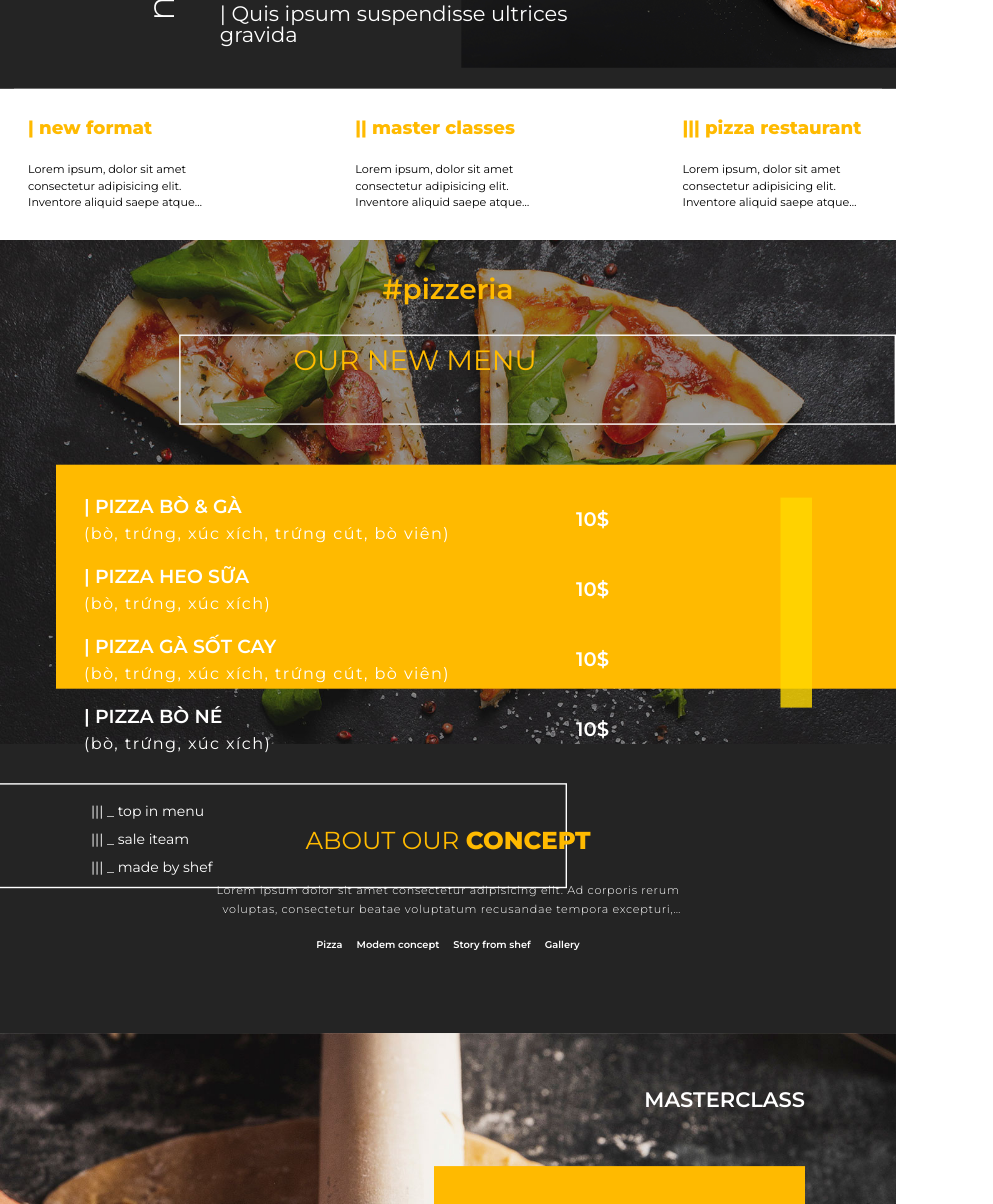
Repository: phu1204/pizzeria.github.io
Page: index.html
The author's editor kept a copy of each file at every save. The page is drawn from the files as they stood at one save, then again after the next save.
The browser window is 1280 px wide. The page is 1419 px wide, so the pictures cover 1419 px, including what lies to the right of the window. The pictures show the part of the page from y = 1097 to 2817 px (the page is 4798 px tall), at 70% of full size.
The style sheet was rebuilt from its Sass, Less or Tailwind sources for each picture, by a compiler version that may differ from the author's.

Above is the page before, as saved 2021-07-29 21:54:32.

### index.html
<!DOCTYPE html>
<html lang="en">
  <head>
    <meta charset="UTF-8" />
    <meta http-equiv="X-UA-Compatible" content="IE=edge" />
    <meta name="viewport" content="width=device-width, initial-scale=1.0" />
    <title>#pizzeria</title>
    <link rel = "icon" href =
    "images/pizza.png"
            type = "image/x-icon">
    <link rel="preconnect" href="https://fonts.googleapis.com">
    <link rel="preconnect" href="https://fonts.gstatic.com" crossorigin>
    <link href="https://fonts.googleapis.com/css2?family=Montserrat:wght@300;400;600;800&display=swap" rel="stylesheet">
    <link rel="stylesheet" href="https://cdnjs.cloudflare.com/ajax/libs/font-awesome/5.15.3/css/all.min.css">
    <link rel="stylesheet" href="reset.css">
    <link rel="stylesheet" href="style.css">

  </head>
  <body>
      <div class="wrapper">
        <div class="container">
          <header id="header" class="header">
             <a href="#" class="header-logo">#pizzeria.</a>
             <nav class="header-menu">
               <ul class="header-list">
                 <li class="header-item"><a href="#menu" class="header-link">Menu</a></li>
                 <li class="header-item"><a href="#blog" class="header-link">Blog</a></li>
                 <li class="header-item"><a href="#about" class="header-link">About us</a></li>
                 <li class="header-item"><a href="#contact" class="header-link">Contacts</a></li>

               </ul>
               <i class="fas fa-times header-times"></i>
             </nav>
             <div class="header-info">
                <button href="" class="header-icon icon-search"><i class="fas fa-search"></i></button>
                <a href="" class="header-icon"><i class="fas fa-user"></i></a>
                <a href="" class="header-icon"><i class="fas fa-shopping-cart"></i></a>
             </div>
             <div class="header-bar">
                <i class="fas fa-bars"></i>
             </div>

             <div class="header-search">
                <input type="text" class="header-input" placeholder="Search">
             </div>
          </header>

          <section class="intro">
            <div class="intro-content">
              <div class="intro-title">
                <span class="intro-name intro--grand">grand</span>
                <span class="intro-name intro--opening">opening</span>
              </div>
              <a href="" class="button intro-button">read more</a>
            </div>
          </section>
        </div>

          <section  class="format">

            <div class="format-top">
                <div class="format-content">
                    <div class="format-title">new format</div>
                    <div class="format-info">
                      <h2 class="format-new">What new?</h2>
                      <ul class="format-list">
                        <li class="format-item">| Sed do eiusmod tempor incididunt ut Labore et</li>
                        <li class="format-item">| Dolore magna aliqua</li>
                        <li class="format-item">| Quis ipsum suspendisse ultrices gravida</li>
                      </ul>
                    </div>
                </div>
                <img src="images/format.png" alt="" class="format-img">
            </div>

            <div class="format-bottom  reveal">
              <div class="format-column">
                <h3 class="format-head">| new format</h3>
                <p class="fotmat-desc text">Lorem ipsum, dolor sit amet consectetur adipisicing elit. Inventore aliquid saepe atque quaerat ipsam tempore, quae perferendis laudantium esse architecto quas sint quia beatae id alias, sed dicta reprehenderit asperiores.</p>
              </div>
              <div class="format-column">
                <h3 class="format-head">|| master classes</h3>
                <p class="fotmat-desc text">Lorem ipsum, dolor sit amet consectetur adipisicing elit. Inventore aliquid saepe atque quaerat ipsam tempore, quae perferendis laudantium esse architecto quas sint quia beatae id alias, sed dicta reprehenderit asperiores.</p>
              </div>
              <div class="format-column">
                <h3 class="format-head">||| pizza restaurant</h3>
                <p class="fotmat-desc text">Lorem ipsum, dolor sit amet consectetur adipisicing elit. Inventore aliquid saepe atque quaerat ipsam tempore, quae perferendis laudantium esse architecto quas sint quia beatae id alias, sed dicta reprehenderit asperiores.</p>
              </div>
            </div>

          </section>

          <section id="menu" class="menu">
            <div class="menu-heading">
              <h2 class="menu-title  reveal">#pizzeria</h2>
              <p class="menu-order  reveal">our new menu</p>
            </div>
            <div class="menu-list  reveal">
              <div class="menu-item">
                <div class="menu-name">
                    <h3 class="menu-name-order"> | pizza bò & gà</h3>
                    <p class="menu-desc">(bò, trứng, xúc xích, trứng cút, bò viên)</p>
                </div>
                <p class="menu-price">10$</p>
              </div>
              <div class="menu-item">
                <div class="menu-name">
                    <h3 class="menu-name-order">| pizza heo sữa</h3>
                    <p class="menu-desc">(bò, trứng, xúc xích)</p>
                </div>
                <p class="menu-price">10$</p>
              </div>
              <div class="menu-item">
                <div class="menu-name">
                    <h3 class="menu-name-order">| pizza gà sốt cay</h3>
                    <p class="menu-desc">(bò, trứng, xúc xích, trứng cút, bò viên)</p>
                </div>
                <p class="menu-price">10$</p>
              </div>
              <div class="menu-item">
               <div class="menu-name">
                    <h3 class="menu-name-order">| pizza bò né</h3>
                    <p class="menu-desc">(bò, trứng, xúc xích)</p>
                </div>
                <p class="menu-price">10$</p>
              </div>
           </div>
           <div class="menu-bottom reveal">
             <p class="menu-hightlight">||| _ top in menu</p>
             <p class="menu-hightlight">||| _ sale iteam</p>
             <p class="menu-hightlight">||| _ made by shef</p>
           </div>

          </section>

          <section id="about"  class="about">
              <div class="about-body">
                <h2 class="about-title reveal">about our <span>concept</span></h2>
                <p class="about-desc text reveal">Lorem ipsum dolor sit amet consectetur adipisicing elit. Ad corporis rerum voluptas, consectetur beatae voluptatum recusandae tempora excepturi, temporibus quo veritatis ratione atque accusantium ea delectus eos harum culpa enim!</p>
                <ul class="about-list reveal">
                  <li class="about-item"><a href="">Pizza</a></li>
                  <li class="about-item"><a href="">Modem concept</a></li>
                  <li class="about-item"><a href="">Story from shef</a></li>
                  <li class="about-item"><a href="">Gallery</a></li>
                </ul>
              </div>
          </section>

          <section id="blog" class="class">
            <div class="class-content">
              <div class="class-name">
                <h1 class="class-caption reveal">masterclass</h1>
              </div>
              <div class="class-body reveal">
                <h2 class="class-heading">| the recipe for the most delicious pizza dough |</h2>
                <p class="class-desc">waiting for you</p>
                <div class="class-price">
                  <p class="class-info">price_<span>15$</span></p>
                  <p class="class-info">12:00-15:00</p>
                </div>
              </div>
                <a href="" class="class-button reveal">apply</a>
            </div>
          </section>

          <section id="contact" class="gallery ">
            <h2 class="gallery-heading reveal">gallery</h2>
            <div class="gallery-img ">
              <img src="./images/pizzaleft.jpg" alt="" class="gallery-img-item reveal">
              <img src="./images/pizzacenter.jpg" alt="" class="gallery-img-item reveal">
              <img src="./images/pizzaright.jpg" alt="" class="gallery-img-item reveal">
            </div>

            <div class="gallery-bottom">
              <h2 class="gallery-title">#pizzeria.</h2>
              <div class="gallery-content">
                <div class="gallery-desc reveal">Lorem ipsum dolor sit amet consectetur, adipisicing. Dolores dolorum, quia consectetur iste officia eligendi! consectetur nemo, reiciendis repudiandae nesciunt dolor id numquam laborum temporibus fuga</div>

              <div class="gallery-contact">
                <div class="gallery-social reveal">
                  <p class="gallery-block">| find us here</p>
                  <div class="gallery-link">
                    <i class="fab fa-instagram"></i>

                    <i class="fab fa-facebook"></i>

                    <i class="fab fa-twitter"></i>

                    <i class="fab fa-whatsapp"></i>

                    <i class="fab fa-google"></i>
                  </div>

                </div>

                <div class="gallery-info reveal">
                  <p class="gallery-block">| ask us here</p>
                  <a href="" class="gallery-web">www.#pizzeria.com</a>

                </div>
              </div>
            </div>
          </div>
          </section>

          <a href="#" class="ontop" >
            <i class="fas fa-arrow-up"></i>
          </a>

          <footer id="footer" class="footer ">
            <div class="footer-about footer-repon reveal">
              <h3 class="footer-title">about</h3>
              <p class="footer-desc text">
                Lorem ipsum dolor, sit amet consectetur adipisicing elit. Amet magnam laudantium fuga sed aliquid doloremque quos repellendus quis. Est non laboriosam incidunt recusandae, sed natus dignissimos eaque pariatur culpa esse.
              </p>

            </div>

              <div class="footer-item footer-repon reveal">
                <h3 class="footer-title">menu</h3>

                <ul>
                  <li class="footer-link"><a href="" class="footer-item-link">Team</a></li>
                  <li class="footer-link"><a href="" class="footer-item-link">Join us</a></li>
                  <li class="footer-link"><a href="" class="footer-item-link">Ethic</a></li>
                  <li class="footer-link"><a href="" class="footer-item-link">Goals</a></li>
                </ul>
              </div>

              <div class="footer-item footer-repon reveal">
                <h3 class="footer-title">shef</h3>
                <ul>
                  <li class="footer-link"><a href="" class="footer-item-link">Team</a></li>
                  <li class="footer-link"><a href="" class="footer-item-link">Join us</a></li>
                  <li class="footer-link"><a href="" class="footer-item-link">Ethic</a></li>
                  <li class="footer-link"><a href="" class="footer-item-link">Goals</a></li>
                </ul>
              </div>

              <div class="footer-item footer-repon reveal">
                <h3 class="footer-title">contact</h3>
                <ul>
                  <li class="footer-link"><a href="" class="footer-item-link">Team</a></li>
                  <li class="footer-link"><a href="" class="footer-item-link">Join us</a></li>
                  <li class="footer-link"><a href="" class="footer-item-link">Ethic</a></li>
                  <li class="footer-link"><a href="" class="footer-item-link">Goals</a></li>
                </ul>
              </div>
        </footer>

      </div>
    <script type="text/javascript" src="https://cdnjs.cloudflare.com/ajax/libs/jquery/3.6.0/jquery.min.js"></script>
    <script src="js/main.js"></script>
    <script src="js/search.js"></script>

  </body>
</html>

### reset.css
html,
body,
div,
span,
applet,
object,
iframe,
h1,
h2,
h3,
h4,
h5,
h6,
p,
blockquote,
pre,
a,
abbr,
acronym,
address,
big,
cite,
code,
del,
dfn,
em,
img,
ins,
kbd,
q,
s,
samp,
small,
strike,
strong,
sub,
sup,
tt,
var,
b,
u,
i,
center,
dl,
dt,
dd,
ol,
ul,
li,
fieldset,
form,
label,
legend,
table,
caption,
tbody,
tfoot,
thead,
tr,
th,
td,
article,
aside,
canvas,
details,
embed,
figure,
figcaption,
footer,
header,
hgroup,
menu,
nav,
output,
ruby,
section,
summary,
time,
mark,
audio,
video {
  margin: 0;
  padding: 0;
  border: 0;
  font-size: 100%;
  font: inherit;
  vertical-align: baseline;
}
/* HTML5 display-role reset for older browsers */
article,
aside,
details,
figcaption,
figure,
footer,
header,
hgroup,
menu,
nav,
section {
  display: block;
}
body {
  line-height: 1;
}
ol,
ul {
  list-style: none;
}
blockquote,
q {
  quotes: none;
}
blockquote:before,
blockquote:after,
q:before,
q:after {
  content: "";
  content: none;
}
table {
  border-collapse: collapse;
  border-spacing: 0;
}
*,
*:before,
*:after {
  box-sizing: border-box;
}
/* using rem unit */
html {
  font-size: 62.5%;
}
a {
  text-decoration: none;
  color: white;
}
img {
  display: block;
  max-width: 100%;
}
body {
  font-family: "Montserrat", sans-serif;
  font-size: 16px;
  line-height: 1;
}
input,
button,
textarea,
select {
  outline: none;
  font-family: "Montserrat", sans-serif;
  font-size: 16px;
  line-height: 1;
}
input {
  line-height: normal;
}
button {
  cursor: pointer;
  border: none;
  outline: none;
  background-color: transparent;
}

### style.scss
@import"scss/global";
@import"scss/header";
@import"scss/variables";
@import"scss/intro";
@import"scss/format";
@import"scss/menu";
@import"scss/about";
@import"scss/class";
@import"scss/gallery";
@import"scss/footer";
@import"scss/animation";

### scss/_global.scss
.container{
  background: url(./images/hero-img.jpg) no-repeat center/cover;
  width: 100%;
  margin: 0 auto;
  height: 100vh;
  position: relative;
}

html{
  scroll-behavior: smooth;
  -webkit-overflow-scrolling: touch;
}

.wrapper{
  max-width: 100%;
  position: relative;

}

.button{
  padding: 20px 40px;
  border: 4px solid #fff;
  font-size: 30px;
  text-transform: uppercase;
  color: white;
  font-weight: 600;
}

.text{
  font-weight: 300;
  font-size: 16px;
  margin-top: 35px;
  line-height: 1.5;
  color: black;
  font-weight: 400;
  display:-webkit-box;
  -webkit-line-clamp:3;
  -webkit-box-orient: vertical;
  overflow: hidden;
  text-overflow: ellipsis;
  word-break: break-word;
}

@media screen and (max-width: 1279px) {
  .container {

      background-position: top;
      height: 960px;
  }
}

@media screen and (max-width: 1023px) {
  .container {
    background-position: top;
    height: 960px;
}
}

@media screen and (max-width: 767px) {
  .container {
    background-size: auto 800px;
    background-position: center;
    height: 800px;
    background-color: #242424;
}
}


.reveal{
  opacity: 0;
  transform: translateY(100%);
  transition: all 0.4s linear;
}

.reveal.active{
  opacity: 1;
  transform: translateY(0);
  transition: all 0.3s linear;
  // .gallery-title::before{
  //     display: none;
  // }
}

.ontop{
  position: fixed;
  right: 60px;
  z-index: 99;
  bottom: 80px;
  width: fit-content;
  background-color: #ffba00;
  border-radius: 100rem;
  cursor: pointer;
  i{
     padding: 18px;
     font-size: 15px;
     color: white;
  }
  display: none;
  animation: bottotop 0.4s linear;
}

@media screen and (max-width: 1023px) {
  .ontop{
    right: 30px;
  }
}

### scss/_variables.scss
$black-gray: #242424;

### scss/_menu.scss
.menu{
  background: url(./images/menu.jpg) no-repeat center/cover;
  width: 100%;
  height: 100vh;
  position: relative;
  display: flex;
  flex-direction: column;
  align-items: center;
  padding: 50px 0;
  color: white;
  &-heading{
      width: 100%;
      text-align: center;
  }
  &-title{
      font-size: 40px;
      color: #ffba00;
      margin-bottom: 45px;
      font-weight: 600;
  }

  &-order{
    font-size: 40px;
    color: #ffba00;
    width: 80%;
    text-align: center;
    padding: 15px 350px 70px 0;
    margin-left: auto;
    border: 2px solid white;
    text-transform: uppercase;
    margin-bottom: 12px;
  }

  &-list {
      width: 1200px;
      margin-left: auto;
      padding: 60px 50px 0 40px;
      margin-bottom: 50px;
      position: relative;
      z-index: 2;
      max-width: 100%;
  }

  &-list::before{
    content: "";
    position: absolute;
    width: 100%;
    height: 320px;
    background-color: #ffba00;
    z-index: -2;
    // transform: translate(-50%,-50%);
    top: 45px;
    left: 0;
    }

    &-list::after{
        content: "";
        position: absolute;
        width: 45px;
        height: 300px;
        background-color: rgba(255, 217, 0, 0.801);

        top: 20%;
        right: 10%;
        z-index: -1;
    }

  &-item{
      display: flex;
      align-items: center;
      justify-content: space-between;
      line-height: 1.5;
      width: 750px;
      max-width: 100%;
  }

  &-desc{
      font-size: 23px;
      letter-spacing: 2px;
  }

  &-name-order{
      text-transform: uppercase;
      font-size: 27px;
      font-weight: 600;
  }

  &-item{
        margin-top: 25px;
  }

  &-price{
      font-size: 28px;
      font-weight: 600;
  }

  &-bottom{
    width: 1100px;
    margin-left: auto;
    padding-top: 20px;

    margin-bottom: 70px;
    position: relative;
    right: 50px;
  }

  &-bottom::before{
    content: "";
    position: absolute;
    background-color: transparent;
    width: 1000px;
    height: 150px;
    border: 2px solid white;
    transform: translate(-32%,-20%);
  }

  &-hightlight{
      font-size: 20px;
  }

  &-hightlight:not(:first-child){
    margin-top: 20px;
}

  @media screen and (max-width: 1279px) {
    height: 80vh;
    &-bottom{
      padding-left: 50px;
      margin-right: auto;
      right: 0;
    }

    &-title{
      margin-bottom: 50px;
    }
    &-order{
      margin-bottom: 40px;
    }

    &-list{
      margin-bottom: 120px;
    }
  }

  @media screen and (max-width: 1023px) {
      height: 85vh;
      &-title{
        margin-bottom: 50px;
      }
      &-order{
        margin-bottom: 0;
        padding: 15px 195px 50px 0;
        font-size: 35px;
      }

      &-name-order{
        font-size: 22px;
      }
      &-list{
        margin-bottom: 70px;
        padding-top: 65px;
      }
      &-list::before{
        height: 280px;
      }
      &-item{
        width: 650px;
        margin-top: 20px;
      }
      &-desc{
        font-size: 18px;
      }
      &-bottom::before{
        width: 750px;
      }

  }

  @media screen and (max-width: 767px) {
    height: 100vh;
    &-heading{
      padding: 0 5px;
    }
    &-order{
      padding: 5px 5px;
      width: 100%;
      font-size: 30px;
    }
    &-desc{
      display: none;
    }
    &-list{
        padding: 50px 25px 0 10px;
        max-width: 100%;
    }
    &-list::after{
      height: 310px;
      top: 10%;
      right: 3%;
    }
    &-bottom{
      max-width: 100%;
    }
    &-bottom::before{
      max-width: 100%;
      transform: none;
      left: 0;
      top: 0;
    }
  }




}

### scss/_about.scss
.about{
    padding: 120px 20px;
    display: flex;
    flex-direction: column;
    justify-content: center;
    align-items: center;
    text-align: center;
    background-color: #242424;
    max-width: 100%;
    &-body{
        width: 700px;
    }
    &-title{
        margin-bottom: 40px;
        font-size: 35px;
        text-transform: uppercase;
        color: #ffba00;
        span{
            font-weight: 800;

        }
    }

    &-desc{
        margin-bottom: 30px;
        font-weight: 200;
        line-height: 1.7;
        display:-webkit-box;
        -webkit-line-clamp:2;
        -webkit-box-orient: vertical;
        overflow: hidden;
        text-overflow: ellipsis;
        word-break: break-word;
        color: white;
        letter-spacing: 1px;
    }

    &-list{
        display: flex;
        align-items: center;
        justify-content: center;
    }

    &-item{
        margin: 0 10px;
        font-size: 14px;
        font-weight: 600;
    }
    @media screen and (max-width: 767px) {
        padding: 100px 20px;
        &-body{
            max-width: 100%;
        }
        &-item{
            font-size: 10px;
        }

    }

}

### scss/_footer.scss
.footer {
  padding: 70px 100px;
  color: white;
  display: flex;
  align-items: center;
  justify-content: center;
  background-color: #483500;
  max-width: 100%;
  flex-wrap: wrap;

  &-about{
      width: 280px;
      margin-right: 180px;
  }

  &-item:not(:last-child){
      margin-right: 150px;
  }
  &-item{
      line-height: 1.5;
  }

  &-desc{
      color: white;
      line-height: 1.5;
  }

  &-title{
      margin-bottom: 35px;
      font-size: 17px;
      font-weight: 600;
      text-transform: uppercase;
  }
  @media screen and (max-width: 767px) {
      padding: 0 0 0 10px;
    //   gap: 10px;
    &-title {
        margin-bottom: 10px;
    }
    &-repon{
        flex: 1 1 50%;
        width: 100%;
        padding: 10px;
    }
    &-about{
        margin-right: 0;
    }
    &-item:not(:last-child){
        margin-right: 0;
    }
  }

}

### scss/_animation.scss
@keyframes lefttoright{
    from{
        opacity: 0;
        transform: translateX(-100%);
    }
    to{
        opacity: 1;
        transform: translateX(0);
     }
}

@keyframes righttoleft{
    from{
        opacity: 0;
        transform: translateX(100%);
    }
    to{
        opacity: 1;
        transform: translateX(0);
     }
}

@keyframes bottotop{
    from{
        opacity: 0;
        transform: translateY(100%);
    }
    to{
        opacity: 1;
        transform: translateX(0);
     }
}

@keyframes toptobot{
    from{
        opacity: 0;
        transform: translateY(-200%);
    }
    to{
        opacity: 1;
        transform: translateX(0);
     }
}

@keyframes fadeOut{
    from{
        opacity: 0;
        transform: scale(1);
    }
    to{
        opacity: 1;
        transform: scale(0);
     }
}

Loaded but not shown: js/main.js (59 lines, source omitted); js/search.js (6 lines, source omitted); scss/_header.scss (236 lines, source omitted); scss/_format.scss (210 lines, source omitted); scss/_gallery.scss (165 lines, source omitted); scss/_intro.scss (107 lines, source omitted); scss/_class.scss (102 lines, source omitted)

After the next save:
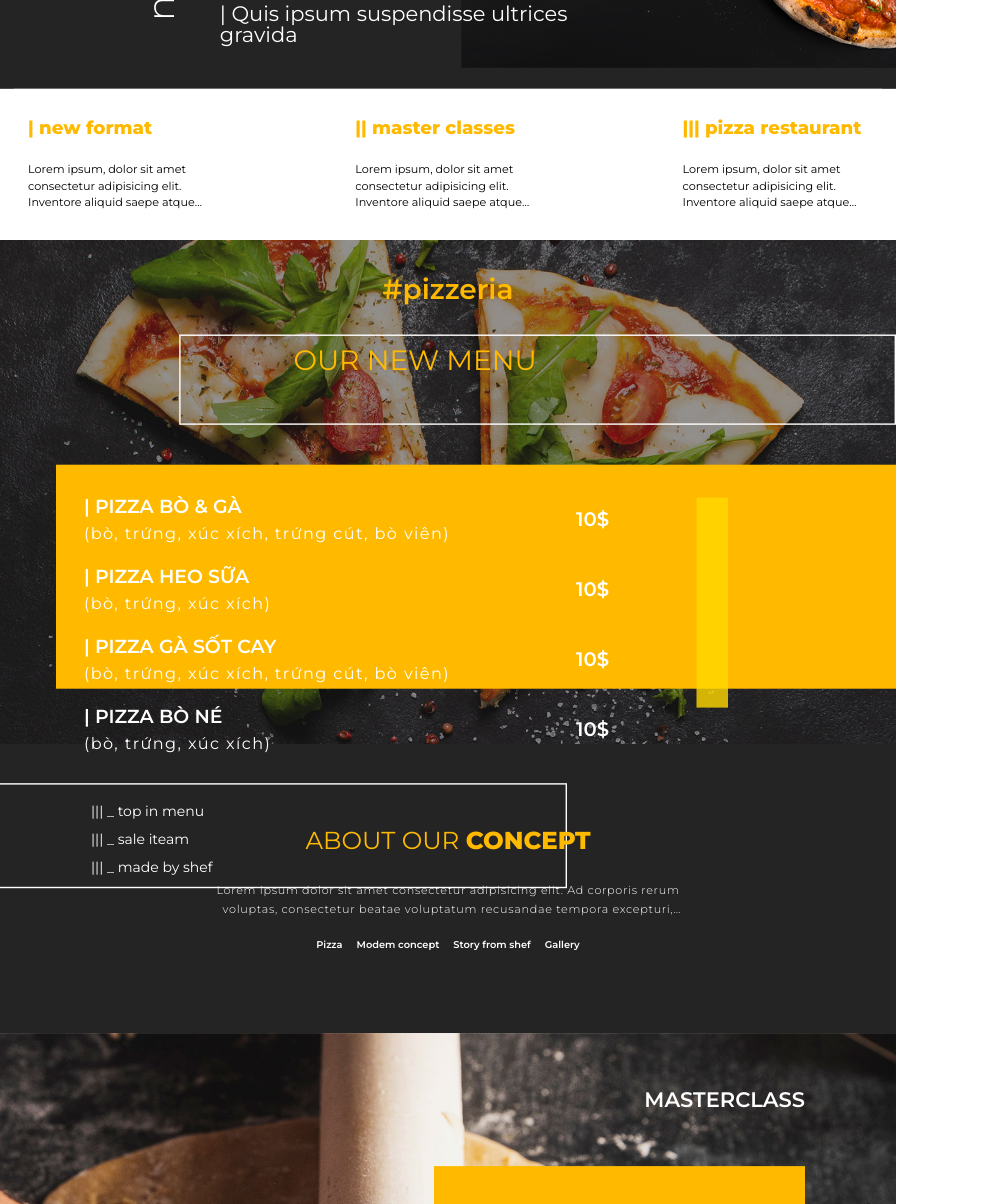
Saved 17 s later.
--- a/scss/_menu.scss
+++ b/scss/_menu.scss
@@ -61,7 +61,7 @@
         background-color: rgba(255, 217, 0, 0.801);
 
         top: 20%;
-        right: 10%;
+        right: 20%;
         z-index: -1;
     }
 
